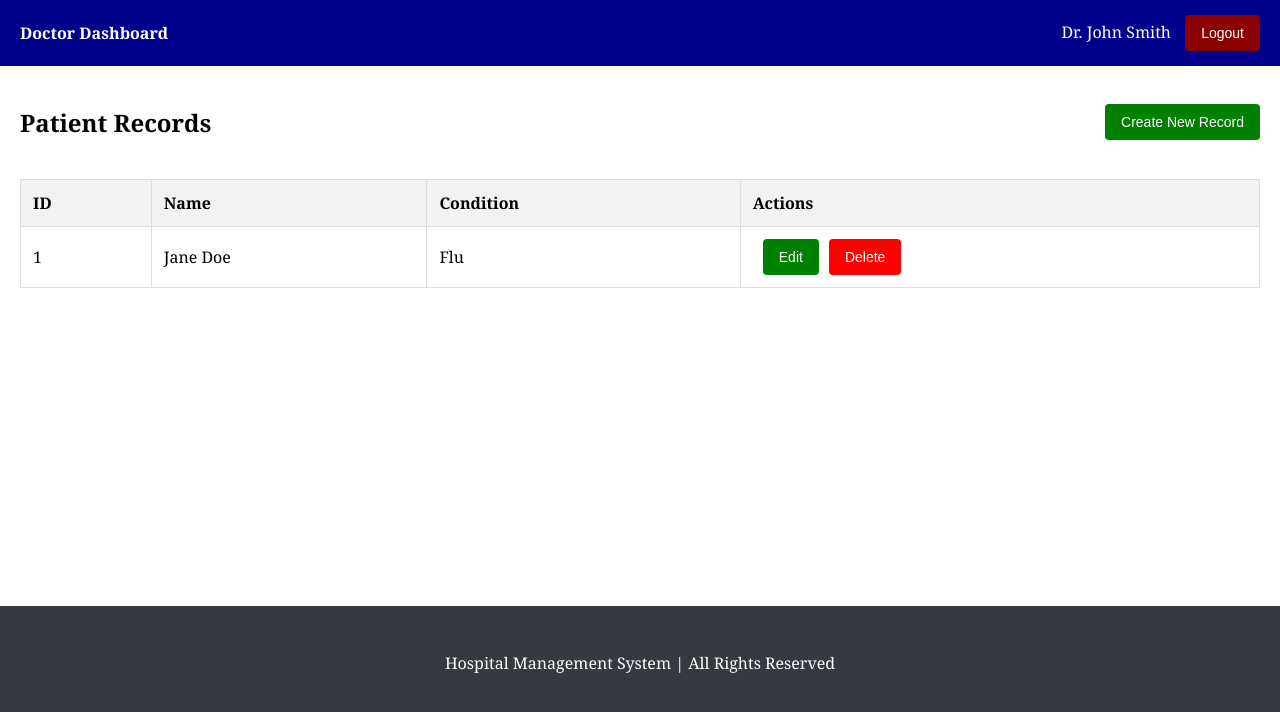
Repository: BinuriJ/HospitalSystem
Page: http://localhost/CyborgSys/DoctorDashboard.jsp
These files come from the project's save history. The page is drawn as it stood at one moment and after the next save; the edit follows.
The browser window is 1280 px wide. The pictures show the whole page.
The page is served by Tomcat 9.

Above is the page before, as saved 2025-05-09 17:24:05.

### CyborgSys/WebContent/DoctorDashboard.jsp
<%@ page language="java" contentType="text/html; charset=UTF-8" pageEncoding="UTF-8"%>
<%@ include file="DocterDashboardstyles.jsp" %>
<!DOCTYPE html>
<html>
<head>
    <meta charset="UTF-8">
    <title>Doctor Dashboard</title>
    <style>
    	<jsp:include page="footerCss.jsp" />
    </style>
</head>
<body>

<div class="top-bar">
    <div><strong>Doctor Dashboard</strong></div>
    <div>
        <span>Dr. John Smith</span>
        <button class="btn btn-logout" style="margin-left: 10px;">Logout</button>
    </div>
</div>

<div class="container">
    <div class="header">
        <h2>Patient Records</h2>
        <button class="btn btn-create">Create New Record</button>
    </div>

    <table>
        <thead>
            <tr>
                <th>ID</th>
                <th>Name</th>
                <th>Condition</th>
                <th>Actions</th>
            </tr>
        </thead>
        <tbody>
            <tr>
                <td>1</td>
                <td>Jane Doe</td>
                <td>Flu</td>
                <td>
                    <div class="actions">
                    	<br>
                        <button class="btn btn-edit">Edit</button>
                        <button class="btn btn-delete">Delete</button>
                    </div>
                </td>
            </tr>
        </tbody>
    </table>
</div>

 <!-- Include the footer -->
        <jsp:include page="footer.jsp" />

</body>
</html>

### CyborgSys/WebContent/DocterDashboardstyles.jsp
<style>
body {
    font-family: Cambria, sans-serif;
    margin: 0;
    background-color: white;
}

.top-bar {
    background-color: darkblue;
    color: white;
    padding: 15px 20px;
    display: flex;
    justify-content: space-between;
    align-items: center;
}

.container {
    padding: 20px;
}

.header {
    display: flex;
    justify-content: space-between;
    align-items: center;
    margin-bottom: 20px;
}

.btn {
    padding: 10px 16px;
    border: none;
    border-radius: 4px;
    cursor: pointer;
    font-size: 14px;
}

.btn-create {
    background-color: green;
    color: white;
}

.btn-edit {
    background-color: green;
    color: white;
}

.btn-delete {
    background-color: red;
    color: white;
}

.btn-logout {
    background-color: darkred;
    color: white;
}

table {
    width: 100%;
    border-collapse: collapse;
    background-color: white;
}

th, td {
    border: 1px solid #ddd;
    padding: 12px;
    text-align: left;
}

th {
    background-color: #f2f2f2;
}

.actions {
    display: flex;
    gap: 10px;
}
</style>

### CyborgSys/WebContent/footerCss.jsp
<style>

html, body {
    height: 100%; /* Make the html and body take full height of the viewport */
}

body {
    display: flex;
    flex-direction: column; /* Use flexbox to arrange content vertically */
    min-height: 100vh; /* Make body take the full height of the viewport */
}

.container {
    flex: 1; /* Let the main content expand to fill the available space */
}

footer {
    background-color: #343a40; /* Dark background for the footer */
    color: white; /* White text */
    padding: 10px 0; /* Padding for the footer */
    text-align: center; /* Center the footer text */
}

</style>

### CyborgSys/WebContent/footer.jsp
<!-- footer.jsp -->
<footer class="bg-dark text-light py-3">
    <div class="container text-center">
        <p>Hospital Management System | All Rights Reserved</p>
    </div>
</footer>

After the next save:
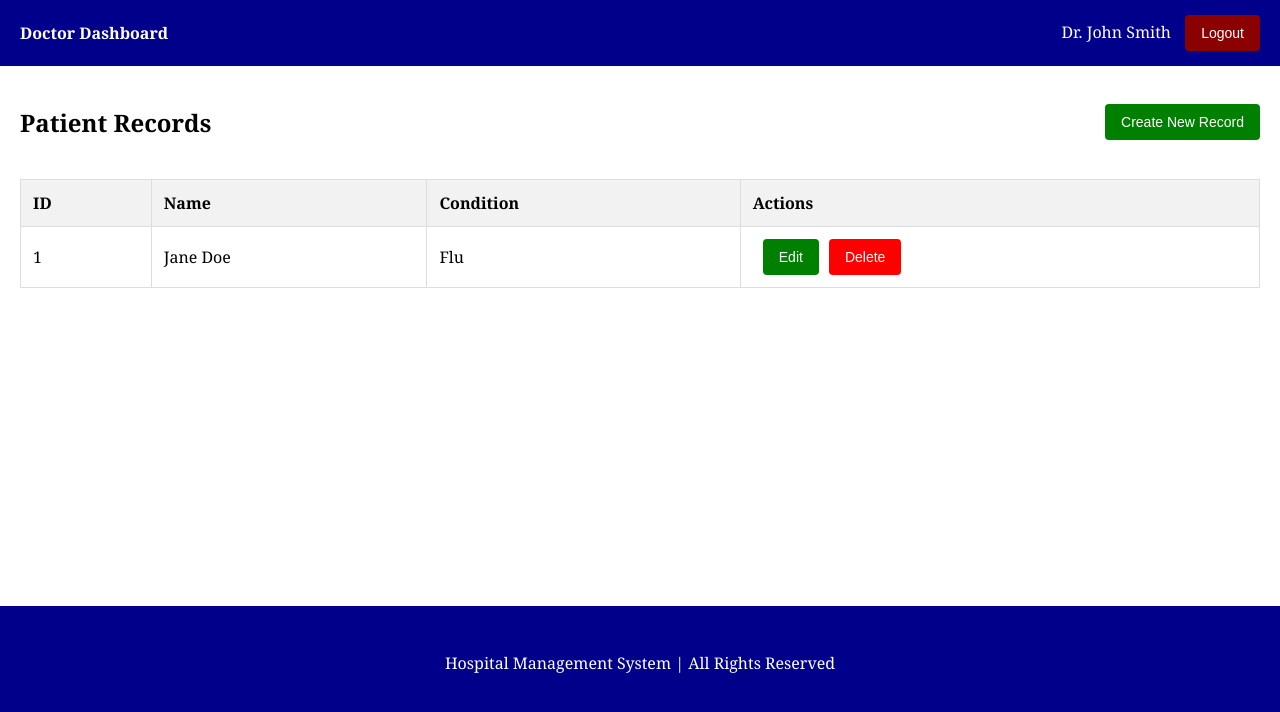
Saved 66 s later.
--- a/CyborgSys/WebContent/footerCss.jsp
+++ b/CyborgSys/WebContent/footerCss.jsp
@@ -15,7 +15,7 @@ body {
 }
 
 footer {
-    background-color: #343a40; /* Dark background for the footer */
+    background-color: darkblue; /* Dark background for the footer */
     color: white; /* White text */
     padding: 10px 0; /* Padding for the footer */
     text-align: center; /* Center the footer text */
